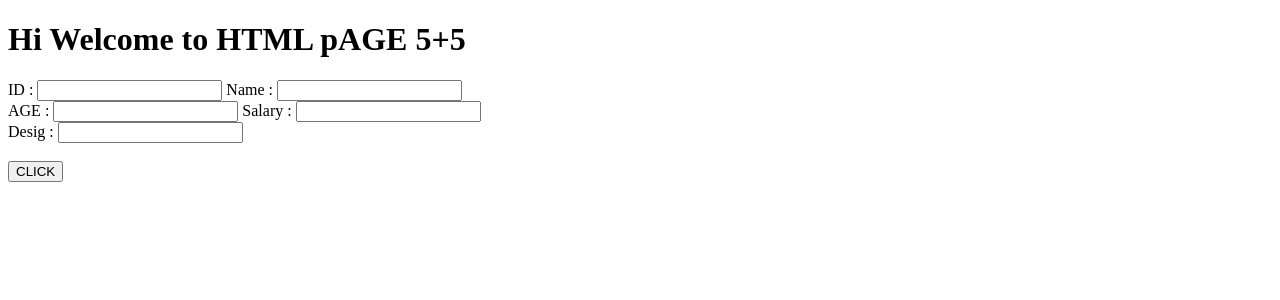
Repository: Thaneshwara848/JSP_Demo
Page: WebDemo2/src/main/webapp/index.html
An editor plug-in stored every save of this project. The page is shown before and after a run of saves, followed by the edit.
The browser window is 1280 px wide. The pictures show the whole page.

Above is the page before, as saved 2022-08-10 15:23:55.

After the next 2 saves:
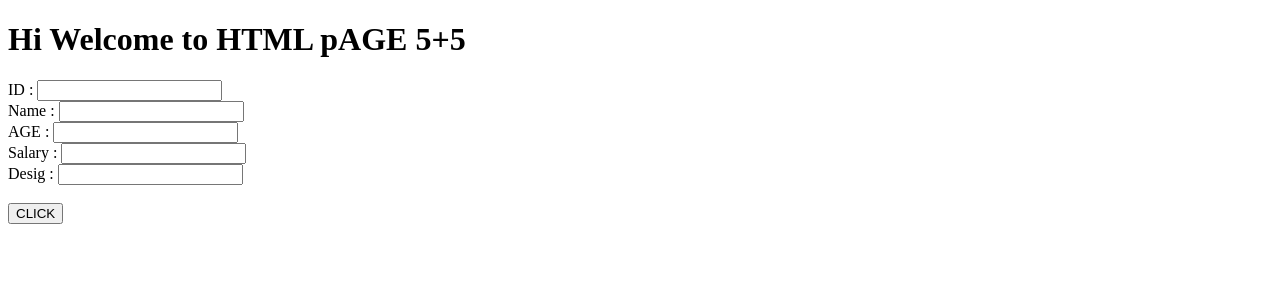
The 2 saves are shown as one change because they came seconds apart.
The last was saved 24 s later.
--- a/WebDemo2/src/main/webapp/index.html
+++ b/WebDemo2/src/main/webapp/index.html
@@ -8,9 +8,9 @@
 	<h1> Hi Welcome to HTML pAGE 5+5  </h1>
 
 	<form action="Demo.jsp">
-		ID :  <input type="text" name="uid">
+		ID :  <input type="text" name="uid"><br>
 		Name : <input type="text" name="uname"><br>
-		AGE :  <input type="text" name="uage">
+		AGE :  <input type="text" name="uage"><br>
 		Salary :  <input type="text" name="usalary"><br>
 		Desig :  <input type="text" name="udesig"><br><br>
 
